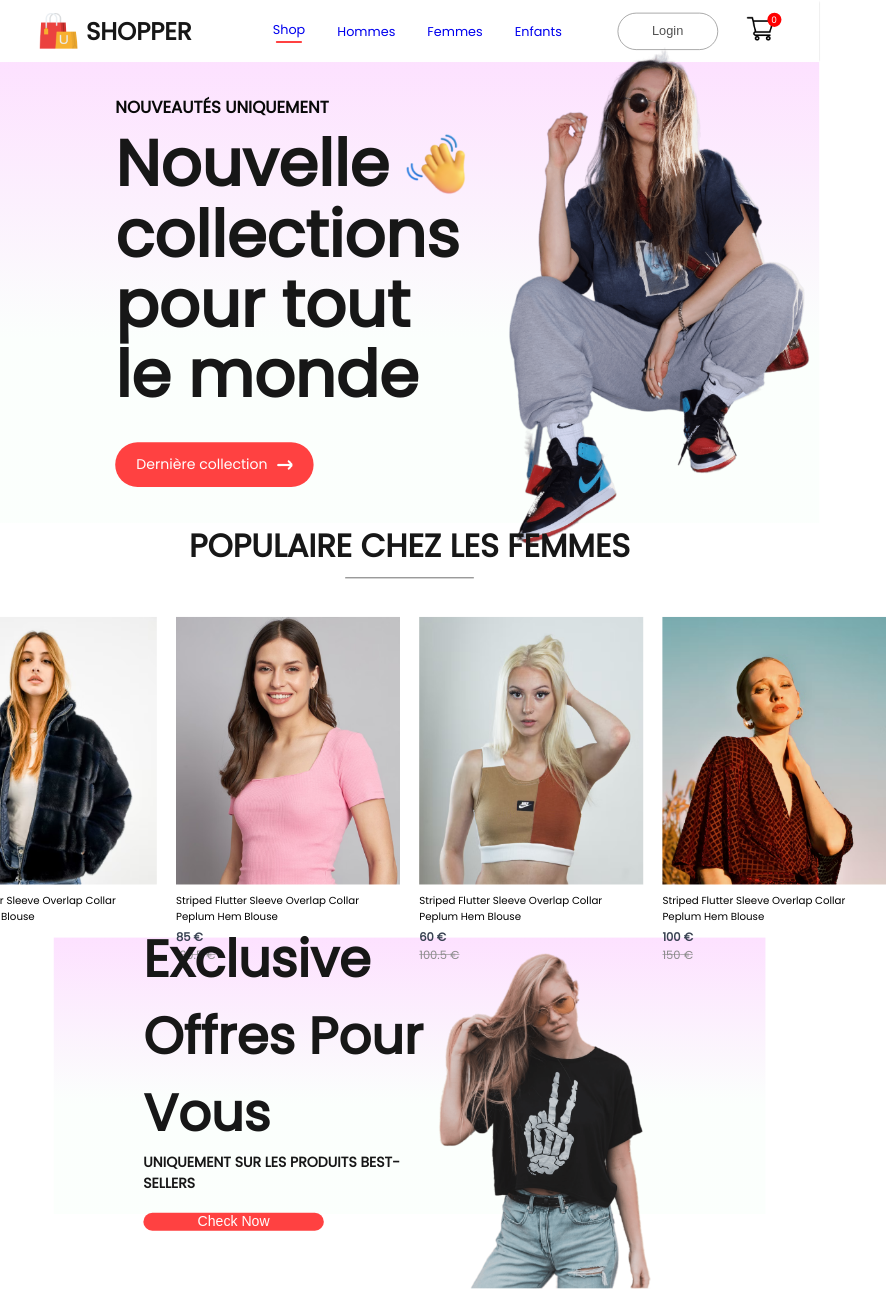
Repository: Flora-J/frontend
Page: /
The author's editor kept a copy of each file at every save. The page is drawn from the files as they stood at one save, then again after a run of saves.
The browser window is 1280 px wide. The page is 1385 px wide, so the pictures cover 1385 px, including what lies to the right of the window. The pictures show the whole page, at 64% of full size.
The project was rebuilt for these pictures with package versions that can differ from the ones it lists, and the page was loaded fresh each time. Also part of the build but not shown: src/App.css, src/pages/ShopCategory.jsx, src/pages/Product.jsx, src/pages/Cart.jsx, src/pages/LoginSignup.jsx.

Above is the page before, as saved 2023-11-24 11:23:07.

After the next 5 saves:
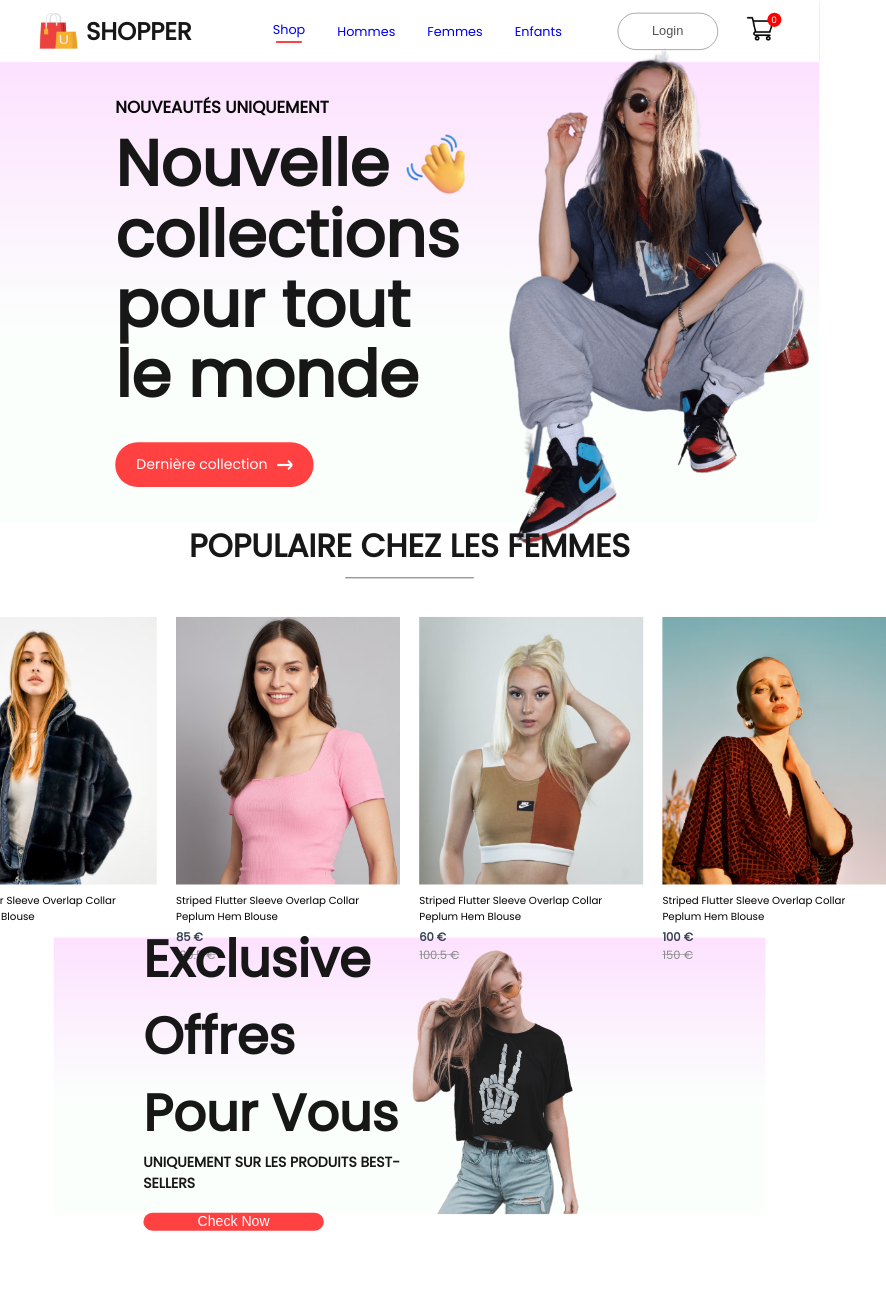
The 5 saves are shown as one change because they came seconds apart.
The last was saved 11 s later.
--- a/src/components/Offers/Offers.css
+++ b/src/components/Offers/Offers.css
@@ -41,5 +41,6 @@
 }
 
 .offers-right {
-  fle
+  flex: 1;
+  display: flex;
 }
